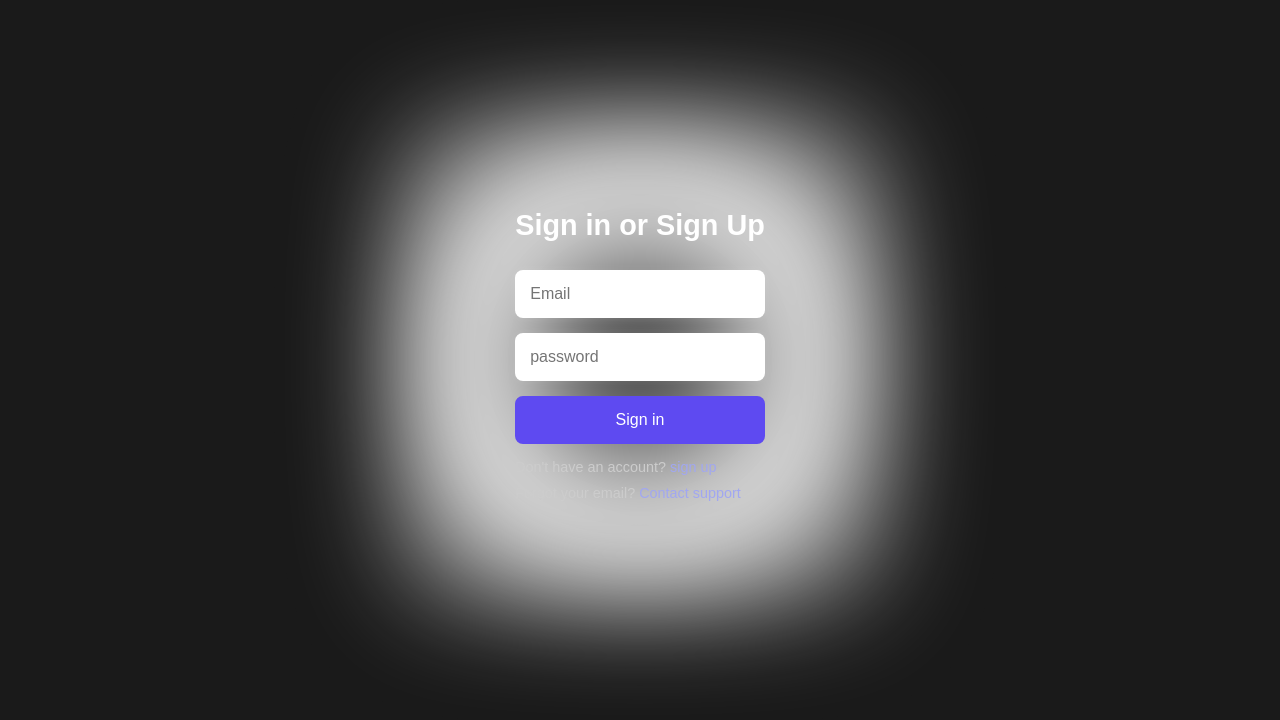
Repository: cmd-keyu/mobileppsh
Page: pages/login.html
These files come from the project's save history. The page is drawn as it stood at one moment and after a run of saves; the edit follows.
The browser window is 1280 px wide. The pictures show the whole page.

Above is the page before, as saved 2024-11-12 00:18:22.

### pages/login.html
<!DOCTYPE html>
<html lang="en">
<head>
  <meta charset="UTF-8">
  <meta name="viewport" content="width=device-width, initial-scale=1.0">
  <title>Sign In Form</title>
  <link rel="stylesheet" href="../css/login.css">
  <script src="../javascript/login.js" defer></script>
</head>
<body>
  <div class="container">
    <div class="glow-box">
      <h2 style="color: white;">Sign in or Sign Up</h2>
      <br>
      <!-- <p>All that is required is only your email for sign-up or sign-in!!</p> -->
      <form action="account.html">
        <div class="sign-up">
            <input type="text" placeholder="name" class="disabled-btn">
            <br>
            <br>
            <input type="text" placeholder="address (Optional)">
            <br>
            </div>
        <input type="email" placeholder="Email" required>
        <input type="password" placeholder="password" required>
        <button type="submit" class="sign-in-btn-hide">Sign in</button>
        <button type="submit" class="sign-up-btn-hide">Sign up</button>
      </form>
      <div class="support">
        <p class="sign-up-text-hide">Don't have an account? <label for="sign-up-btn" class="colorsnup">sign up</label><button class="sign-up-btn hide-btn2" id="sign-up-btn">sign up</button></p>
        <p class="sign-in-text-hide">Already have an account? <label for="sign-in-btn" class="colorsnup">sign in</label><button class="sign-in-btn hide-btn2" id="sign-in-btn">sign in</button></p>
        <p>Forgot your email? <a href="#">Contact support</a></p>
      </div>
    </div>
  </div>
</body>
</html>

### css/login.css
* {
    margin: 0;
    padding: 0;
    box-sizing: border-box;
    font-family: Arial, sans-serif;
  }

  body {
    display: flex;
    justify-content: center;
    align-items: center;
    height: 100vh;
    background-color: #1a1a1a;
  }

  .container {
    display: flex;
    justify-content: center;
    align-items: center;
    height: 100%;
  }

  .glow-box::before {
    content: '';
    position: absolute;
    top: 50%;
    left: 50%;
    width: 500px;
    height: 500px;
    background: radial-gradient(circle, black, white, transparent);
    transform: translate(-50%, -50%);
    z-index: -1;
    border-radius: 5%;
    filter: blur(50px);
  }

  h2 {
    font-size: 1.8em;
    margin-bottom: 10px;
  }
  label:hover{

    text-decoration: underline;

  }

  p {
    margin-bottom: 10px;
    font-size: 0.9em;
    color: #ccc;
  }

  form {
    display: flex;
    flex-direction: column;
    gap: 15px;
  }

  input[type="email"] {
    padding: 15px;
    font-size: 1em;
    border: none;
    border-radius: 8px;
    outline: none;
    width: 100%;
    box-shadow: 0 0 8px rgba(255, 255, 255, 0.1);
  }
  input[type="password"] {
    padding: 15px;
    font-size: 1em;
    border: none;
    border-radius: 8px;
    outline: none;
    width: 100%;
    box-shadow: 0 0 8px rgba(255, 255, 255, 0.1);
  }

  input[type="text"] {
    padding: 15px;
    font-size: 1em;
    border: none;
    border-radius: 8px;
    outline: none;
    width: 100%;
    box-shadow: 0 0 8px rgba(255, 255, 255, 0.1);
  }

  button {
    padding: 15px;
    font-size: 1em;
    background-color: #5e4af1;
    color: #fff;
    border: none;
    border-radius: 8px;
    cursor: pointer;
    transition: background 0.3s;
  }

  button:hover {
    background-color: #4a3bdb;
  }

  .support {
    margin-top: 15px;
  }

  .support a {
    color: #a1a7f1;
    text-decoration: none;
  }

  .support a:hover {
    text-decoration: underline;
  }

  .sign-up{
    display: none;
  }

  .colorsnup{
    color: #a1a7f1;
  }

  .sign-up-btn-hide{
    display: none;
  }

  .hide-btn2{
    display: none;
  }

  .sign-in-text-hide{
    display: none;
  }

### javascript/login.js

const sign_up = document.querySelector('.sign-up')
const sign_up_btn = document.querySelector('.sign-up-btn')
const sign_in_btn = document.querySelector('.sign-in-btn')
const sign_in_btn_hide = document.querySelector('.sign-in-btn-hide')
const sign_up_btn_hide = document.querySelector('.sign-up-btn-hide')
const sign_in_text_hide = document.querySelector('.sign-in-text-hide')
const sign_up_text_hide = document.querySelector('.sign-up-text-hide')
const disabled_btn = document.querySelector('.disabled-btn')

sign_up_btn.addEventListener("click", () => {

  sign_up.style.display = 'block'
  sign_in_btn_hide.style.display = 'none'
  sign_up_btn_hide.style.display = 'block'
  sign_in_text_hide.style.display = 'block'
  sign_up_text_hide.style.display = 'none'
  disabled_btn.setAttribute('required', true)

})

sign_in_btn.addEventListener("click", () => {

  sign_up.style.display = 'none'
  sign_in_btn_hide.style.display = 'block'
  sign_up_btn_hide.style.display = 'none'
  sign_in_text_hide.style.display = 'none'
  sign_up_text_hide.style.display = 'block'
  disabled_btn.setAttribute('required', false)

})

After the next 2 saves:
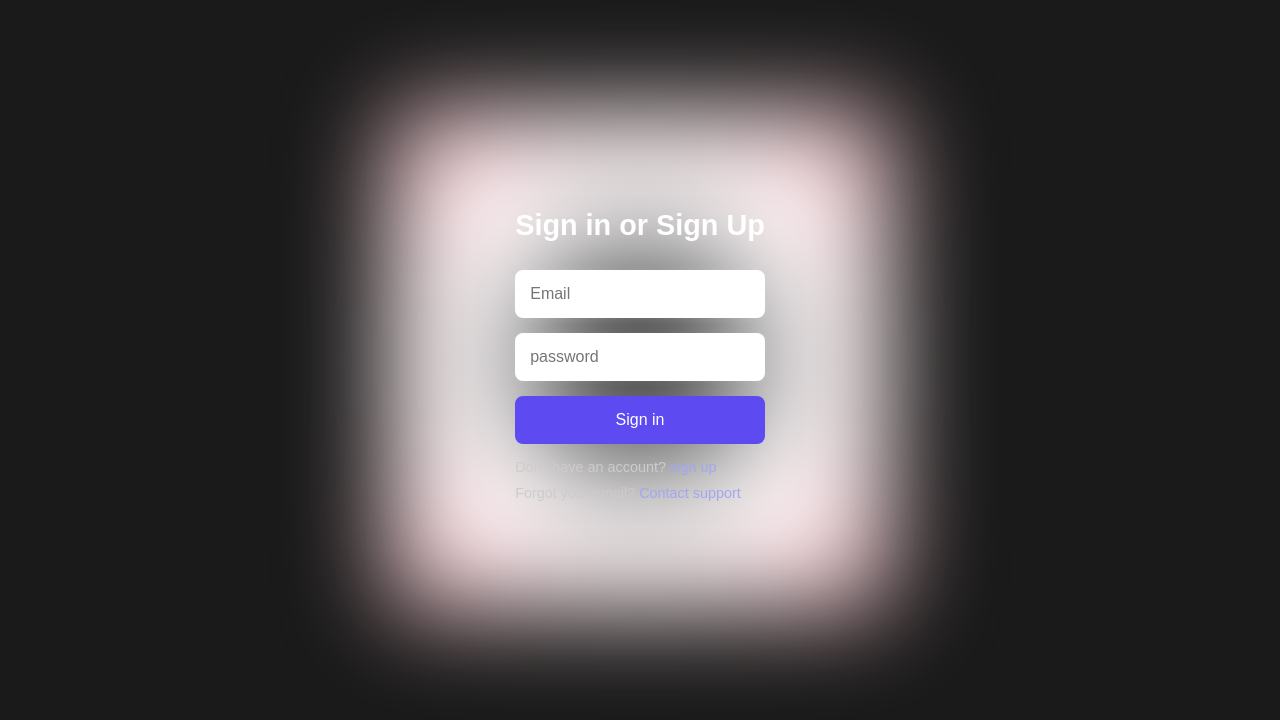
The 2 saves are shown as one change because they came seconds apart.
The last was saved 27 s later.
--- a/css/login.css
+++ b/css/login.css
@@ -27,7 +27,7 @@
     left: 50%;
     width: 500px;
     height: 500px;
-    background: radial-gradient(circle, black, white, transparent);
+    background: radial-gradient(circle, black, white, pink);
     transform: translate(-50%, -50%);
     z-index: -1;
     border-radius: 5%;
